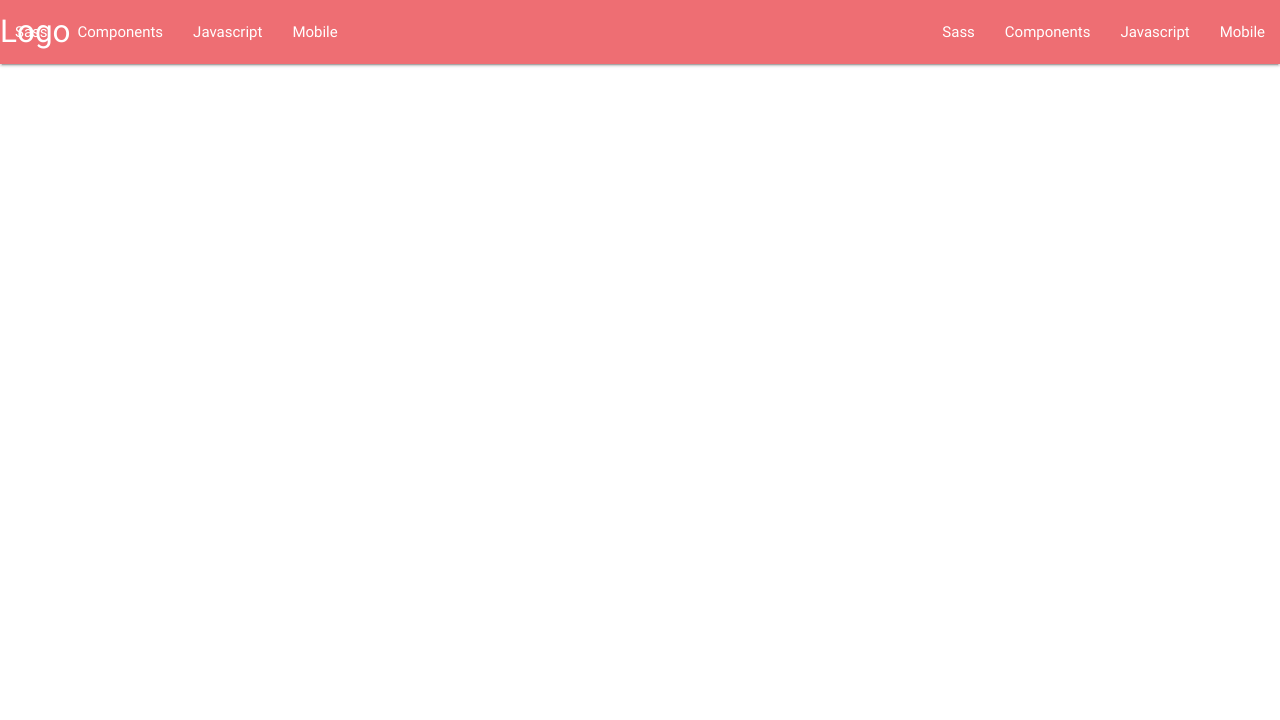
Repository: CharlieJT/Recipes
Page: http://localhost/
The author's editor kept a record of every edit. The page is drawn from the files as they stood at one moment, then again after a run of edits.
The browser window is 1280 px wide. The pictures show the whole page.
Some web libraries are served in a nearby version. The page is served by the project's application, run on Flask 3 (app.py). Queries for data that is not in the repository find no rows.

Above is the page before.

### templates/index.html
<!DOCTYPE html>
<html>

<head>
    <!--Import Google Icon Font-->
    <link href="https://fonts.googleapis.com/icon?family=Material+Icons" rel="stylesheet">
    <!--Import materialize.css-->
    <link rel="stylesheet" href="https://cdnjs.cloudflare.com/ajax/libs/materialize/0.100.2/css/materialize.min.css">

    <!--Let browser know website is optimized for mobile-->
    <meta name="viewport" content="width=device-width, initial-scale=1.0" />
</head>

<body>
    <!-- Main Navbar -->
    <nav>
        <div class="nav-wrapper">
            <a href="#!" class="brand-logo">Logo</a>
            <a href="#" data-target="mobile-demo" class="button-collapse"><i class="material-icons">menu</i></a>
            <ul class="right hide-on-med-and-down">
                <li><a href="sass.html">Sass</a></li>
                <li><a href="badges.html">Components</a></li>
                <li><a href="collapsible.html">Javascript</a></li>
                <li><a href="mobile.html">Mobile</a></li>
            </ul>
            <ul class="sidenav" id="mobile-demo">
                <li><a href="sass.html">Sass</a></li>
                <li><a href="badges.html">Components</a></li>
                <li><a href="collapsible.html">Javascript</a></li>
                <li><a href="mobile.html">Mobile</a></li>
            </ul>
        </div>
    </nav>




    {% for recipe in recipes %}
    <h1>{{recipe.recipe_name}}</h1>
    {% endfor %}
    <!--JavaScript at end of body for optimized loading-->
    <script src="https://cdnjs.cloudflare.com/ajax/libs/jquery/3.2.1/jquery.min.js"></script>
    <script src="https://cdnjs.cloudflare.com/ajax/libs/materialize/0.100.2/js/materialize.min.js"></script>
    <script>
        $(document).ready(function() {
            $('.button-collapse').sideNav();
        });
    </script>
</body>

</html>

### app.py
import os
from flask import Flask, render_template, redirect, url_for, request
from flask_pymongo import PyMongo
from bson.objectid import ObjectId

app = Flask(__name__)

app.config["MONGO_DBNAME"] = 'myRecipes'
app.config['MONGO_URI'] = os.environ.get("MONGO_URI")

mongo = PyMongo(app)

@app.route('/')
@app.route('/index')
def index():
    return render_template('index.html', recipes=mongo.db.recipes.find())


if __name__ == '__main__':
    app.run(host=os.environ.get('IP'),
            port=int(os.environ.get('PORT')),
            debug=True)

After the next 4 edits:
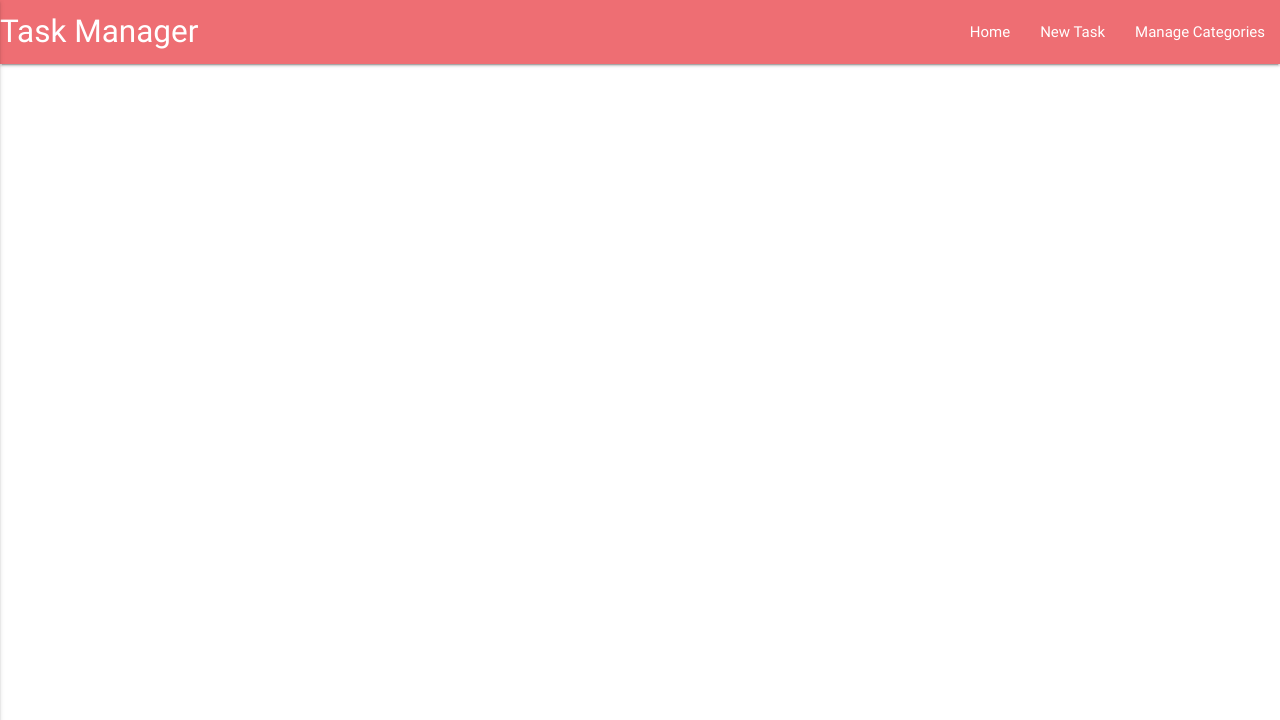
The 4 edits are shown as one change because 3 did not build or start.
The edit:
--- a/templates/index.html
+++ b/templates/index.html
@@ -15,19 +15,17 @@
     <!-- Main Navbar -->
     <nav>
         <div class="nav-wrapper">
-            <a href="#!" class="brand-logo">Logo</a>
-            <a href="#" data-target="mobile-demo" class="button-collapse"><i class="material-icons">menu</i></a>
-            <ul class="right hide-on-med-and-down">
-                <li><a href="sass.html">Sass</a></li>
-                <li><a href="badges.html">Components</a></li>
-                <li><a href="collapsible.html">Javascript</a></li>
-                <li><a href="mobile.html">Mobile</a></li>
+            <a href="#" class="brand-logo">Task Manager</a>
+            <a href="#" data-activates="mobile-demo" class="button-collapse"><i class="material-icons">menu</i></a>
+            <ul id="nav-mobile" class="right hide-on-med-and-down">
+                <li><a href="#">Home</a></li>
+                <li><a href="#">New Task</a></li>
+                <li><a href="#">Manage Categories</a></li>
             </ul>
-            <ul class="sidenav" id="mobile-demo">
-                <li><a href="sass.html">Sass</a></li>
-                <li><a href="badges.html">Components</a></li>
-                <li><a href="collapsible.html">Javascript</a></li>
-                <li><a href="mobile.html">Mobile</a></li>
+            <ul class="side-nav" id="mobile-demo">
+                <li><a href="#">Home</a></li>
+                <li><a href="#">New Task</a></li>
+                <li><a href="#">Manage Categories</a></li>
             </ul>
         </div>
     </nav>
